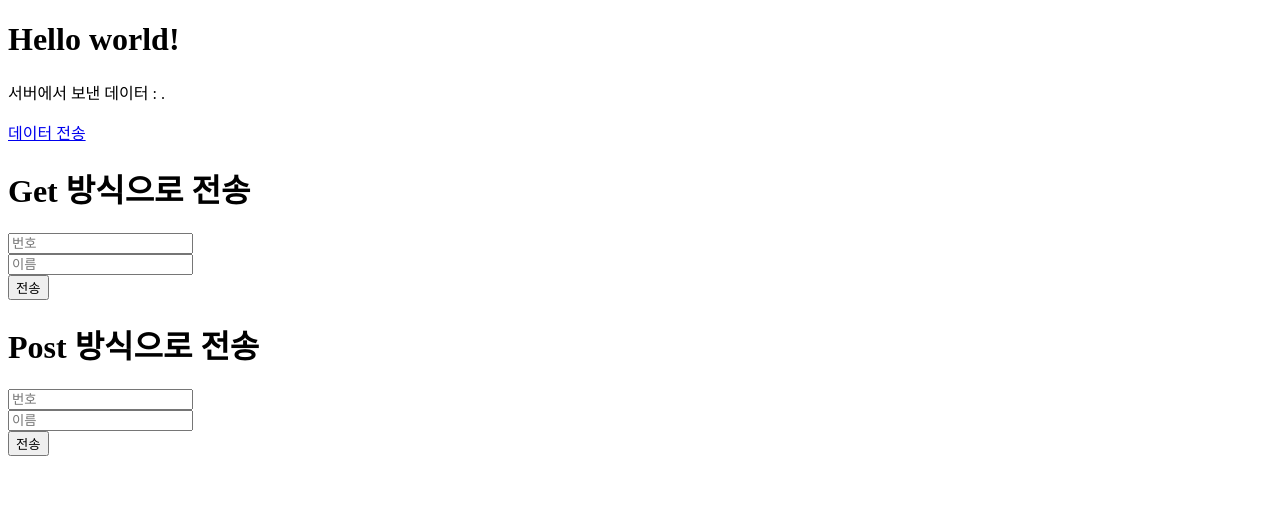
Repository: sky96027/academyPractice
Page: http://localhost/spring_kyg/WEB-INF/views/home.jsp
An editor plug-in stored every save of this project. The page is shown before and after the next save, followed by the edit.
The browser window is 1280 px wide. The pictures show the whole page.
The page is served by Tomcat 9. Nobody is signed in. The template is opened directly, without the code that normally fills it, so the values that code supplies are empty.

Above is the page before, as saved 2022-01-04 01:36:43.

After the next save:
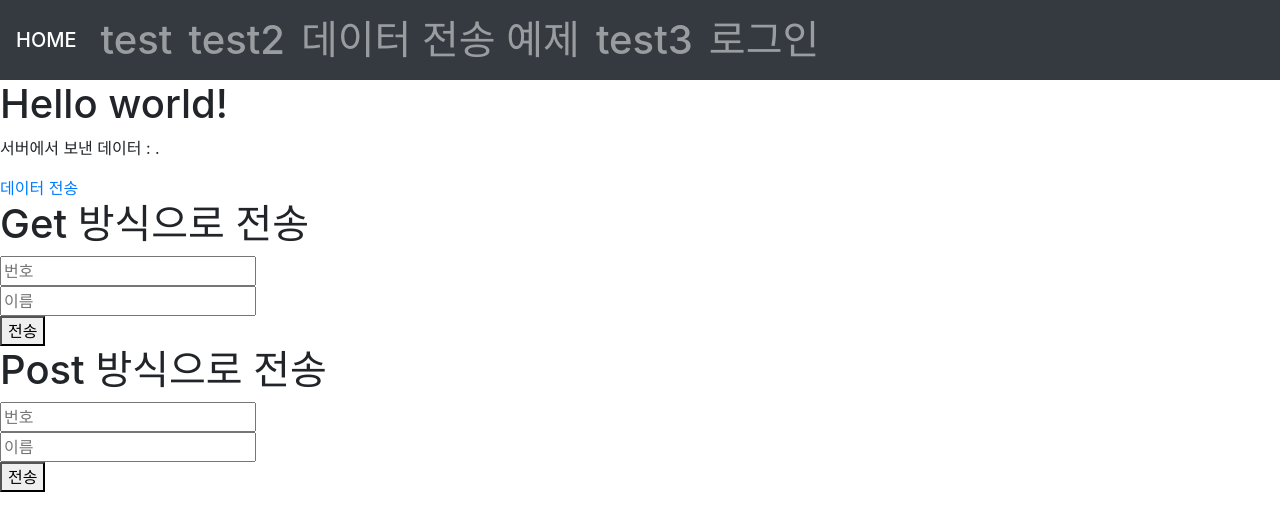
Saved 5 min 7 s later.
--- a/spring_kyg/src/main/webapp/WEB-INF/views/home.jsp
+++ b/spring_kyg/src/main/webapp/WEB-INF/views/home.jsp
@@ -5,9 +5,37 @@
 <html>
 <head>
 	<title>Home</title>
+	<title>로그인</title>
+	<link rel="stylesheet" href="https://cdn.jsdelivr.net/npm/bootstrap@4.6.1/dist/css/bootstrap.min.css">
+	<script src="https://cdn.jsdelivr.net/npm/jquery@3.5.1/dist/jquery.slim.min.js"></script>
+	<script src="https://cdn.jsdelivr.net/npm/popper.js@1.16.1/dist/umd/popper.min.js"></script>
+	<script src="https://cdn.jsdelivr.net/npm/bootstrap@4.6.1/dist/js/bootstrap.bundle.min.js"></script>
 </head>
 <body>
 <h1>
+	<nav class="navbar navbar-expand-sm bg-dark navbar-dark">
+	  <!-- Brand/logo -->
+	  <a class="navbar-brand" href="/spring">HOME</a>
+
+	  <!-- Links -->
+	  <ul class="navbar-nav">
+	    <li class="nav-item">
+	      <a class="nav-link" href="/spring/test">test</a>
+	    </li>
+	    <li class="nav-item">
+	      <a class="nav-link" href="/spring/test2">test2</a>
+	    </li>
+	    <li class="nav-item">
+	      <a class="nav-link" href="/spring/test/form">데이터 전송 예제</a>
+	    </li>
+	    <li class="nav-item">
+	      <a class="nav-link" href="/spring/test3">test3</a>
+	    </li>
+	    <li class="nav-item">
+	      <a class="nav-link" href="/spring/login">로그인</a>
+	    </li>
+	  </ul>
+	</nav>
 	Hello world!
 </h1>
 <!-- ${serverTime}는 서버에서 화면으로 보낸 데이터. 컨트롤러에서 화면으로 보낸 데이터  -->
